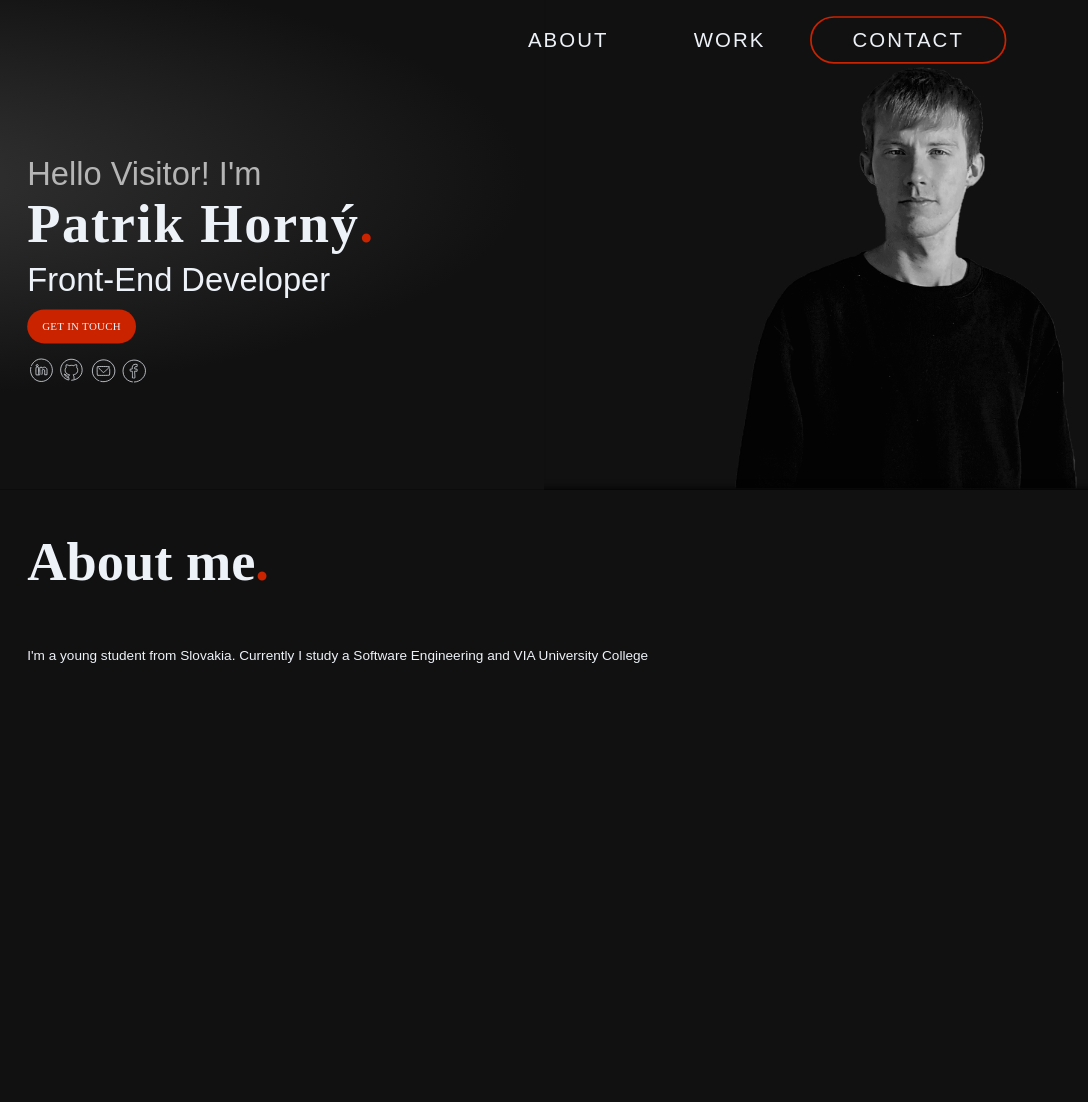
Repository: Spreceriany/portfolio
Page: index.html
An editor plug-in stored every save of this project. The page is shown before and after the next save, followed by the edit.
The browser window is 1280 px wide. The pictures show the whole page, at 85% of full size.
Some web fonts or font styles are not loaded; a fallback is used. The style sheet was rebuilt from its Sass, Less or Tailwind sources for each picture, by a compiler version that may differ from the author's.

Above is the page before, as saved 2021-03-08 12:15:28.

After the next save:
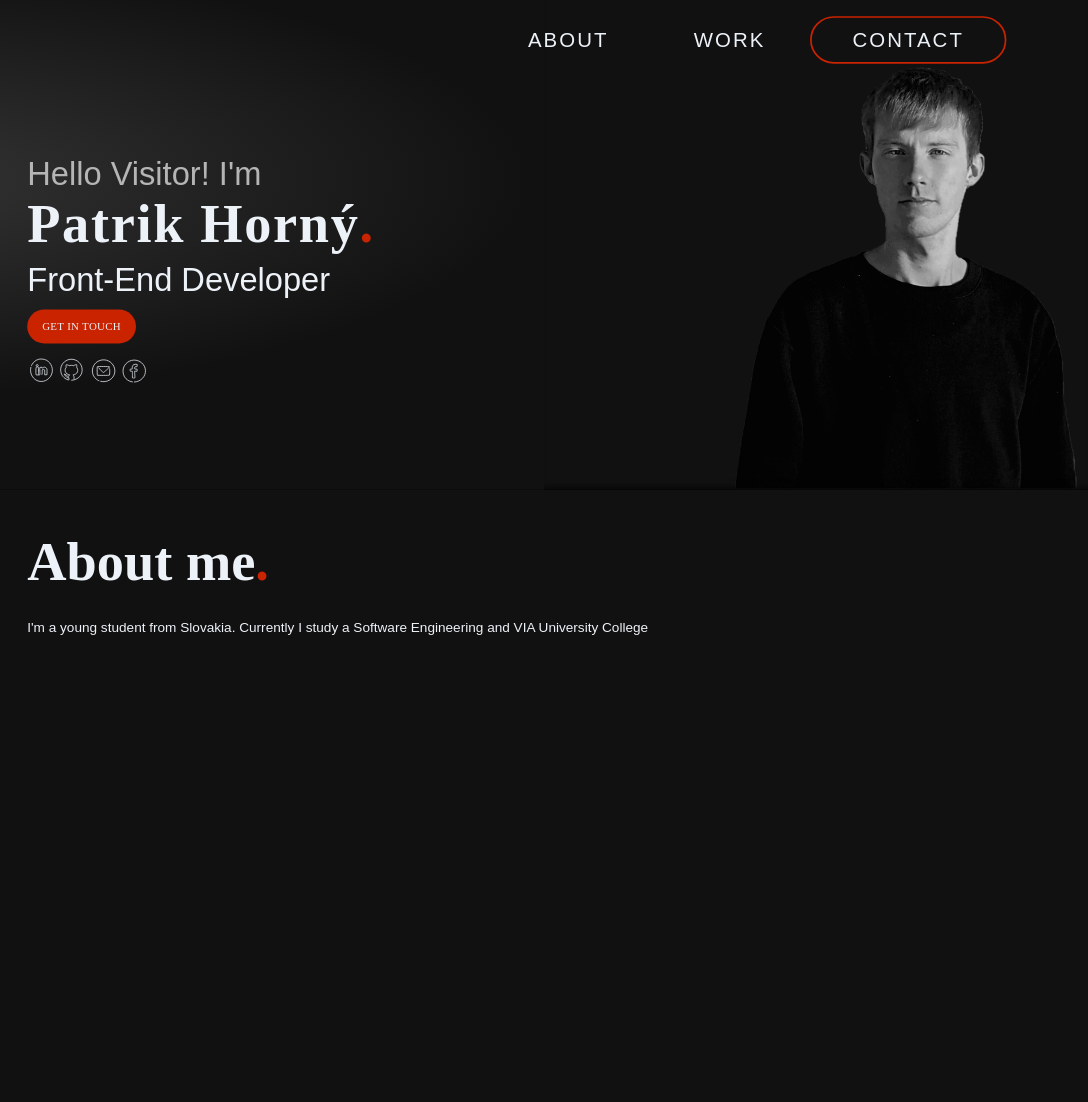
Saved 4 s later.
--- a/css/style.scss
+++ b/css/style.scss
@@ -227,7 +227,7 @@ main {
     h2{
       font-family: 'Chivo';
       font-size: clamp(2rem, 5vw, 6rem);
-      margin-bottom: 1em;
+      margin-bottom: .5em;
     }
   }
 
